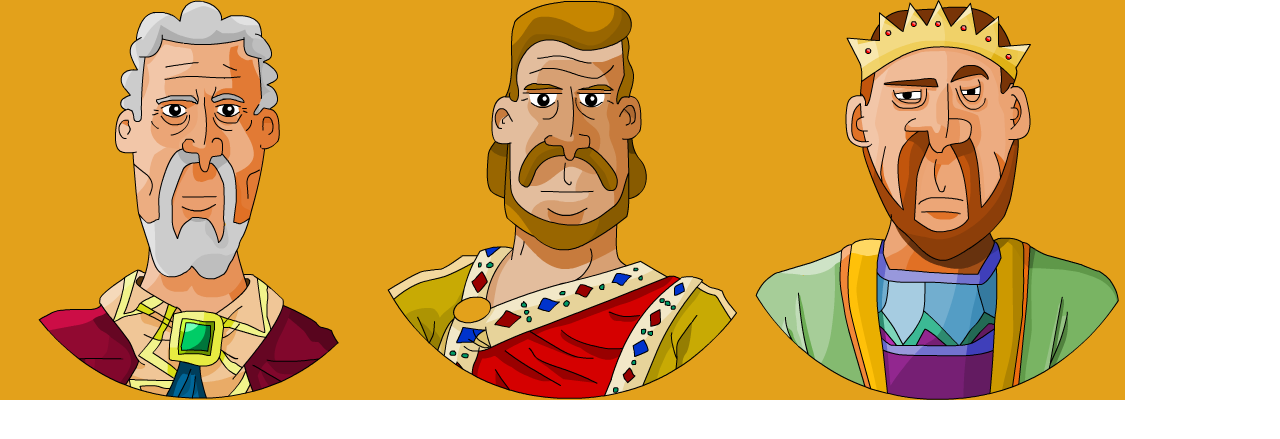
Repository: abgdev1997/ejercicios-react
Page: /
An editor plug-in stored every save of this project. The page is shown before and after the next save, followed by the edit.
The browser window is 1280 px wide. The pictures show the whole page.
The project was rebuilt for these pictures with package versions that can differ from the ones it lists, and the page was loaded fresh each time.

Above is the page before, as saved 2022-02-22 09:38:14.

### src/App.js
import './App.css';
import leovigildo from './rey_leogivildo.png';
import recesvinto from './rey_recesvinto.png';
import sisebuto from './rey_sisebuto.png';

function App() {
  return (
    <div className="App">
      <img src={leovigildo} className='img'/>
      <img src={recesvinto} className='img'/>
      <img src={sisebuto} className='img'/>
    </div>
  );
}

export default App;

### src/App.css
.App{

}

.img{
  background-color:#E3A11B;
}

Loaded but not shown: public/index.html (common file); src/index.js (common file); src/index.css (common file)

After the next save:
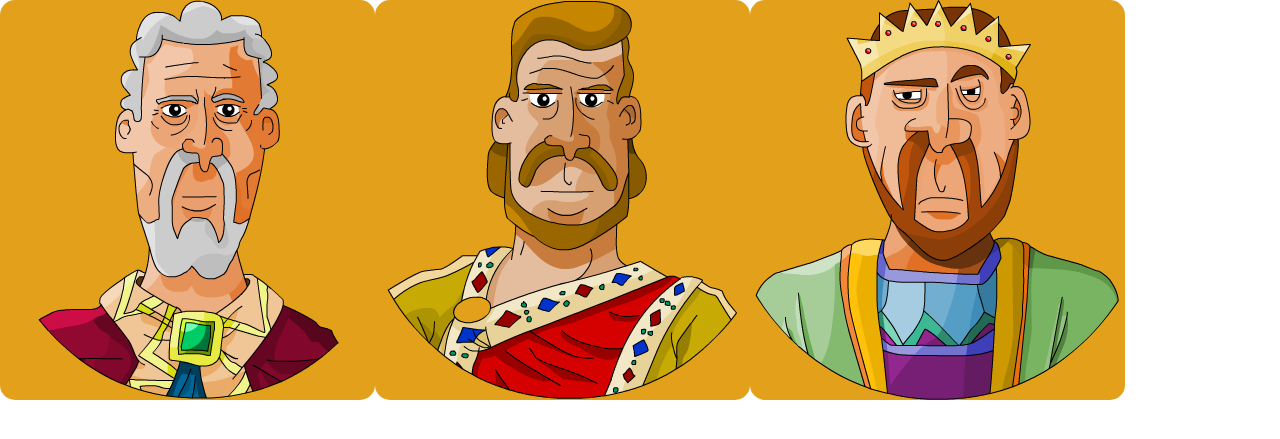
Saved 16 s later.
--- a/src/App.css
+++ b/src/App.css
@@ -4,4 +4,5 @@
 
 .img{
   background-color:#E3A11B;
+  border-radius: 15px;
 }
